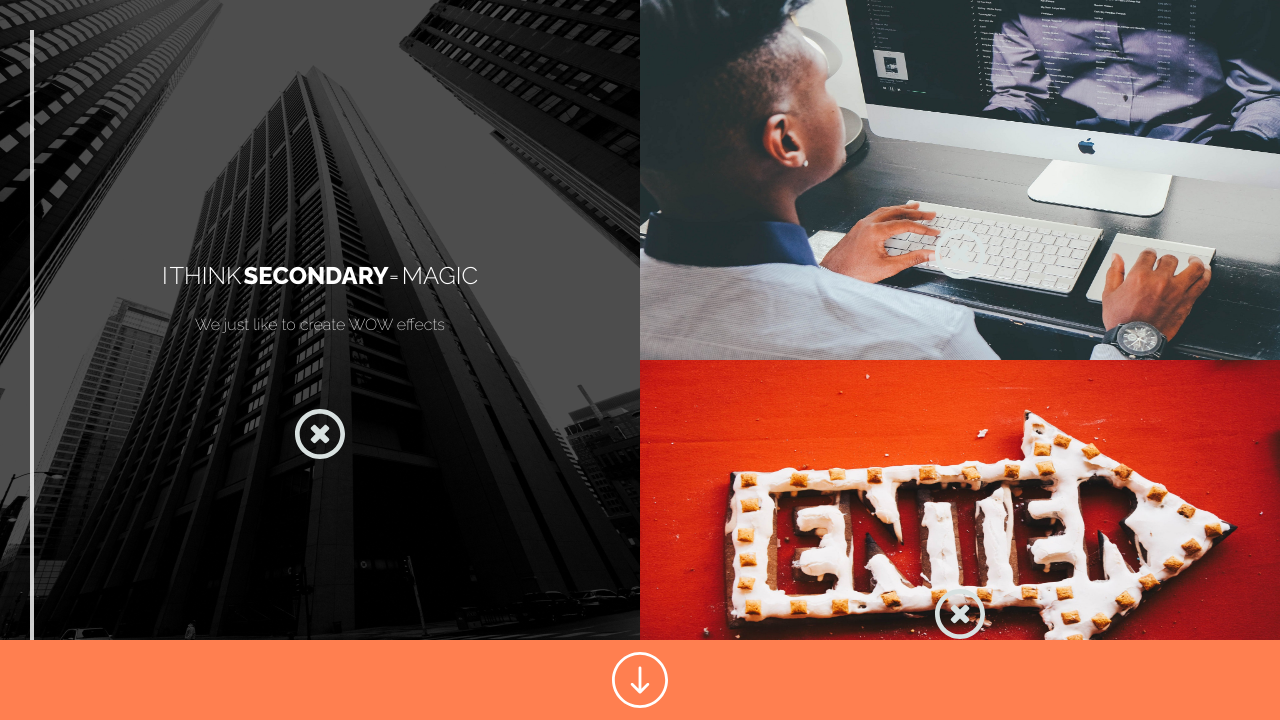
Repository: Rinzlerte/react-reveale-animation
Page: /secondary
These files come from the project's save history. The page is drawn as it stood at one moment and after the next save; the edit follows.
The browser window is 1280 px wide. The pictures show the whole page.
The project was rebuilt for these pictures with package versions that can differ from the ones it lists, and the page was loaded fresh each time. Also part of the build but not shown: src/components/home/Promoslider.jsx, src/components/home/Header.jsx, src/components/main/AboutBox.jsx, src/components/main/Wellcome.jsx, src/components/main/InformationBox.jsx, src/components/third/ImmaginationBox.jsx, src/components/third/ProectsBox.jsx, src/components/third/Third.css and 9 more.

Above is the page before, as saved 2019-10-24 15:00:05.

### public/index.html
<!DOCTYPE html>
<html lang="en">
  <head>
    <meta charset="utf-8" />
    <link rel="icon" href="%PUBLIC_URL%/favicon.ico" />
    <meta name="viewport" content="width=device-width, initial-scale=1" />
    <meta name="theme-color" content="#000000" />
    <meta
      name="description"
      content="Web site created using create-react-app"
    />
    <link rel="apple-touch-icon" href="logo192.png" />
    <link rel="stylesheet" href="https://fonts.googleapis.com/css?family=Roboto:300,400,500,700&display=swap" />
    <link rel="manifest" href="%PUBLIC_URL%/manifest.json" />
    <title>React App</title>
  </head>
  <body>
    <noscript>You need to enable JavaScript to run this app.</noscript>
    <div id="root"></div>
  </body>
</html>

### src/index.js
import React from 'react';
import ReactDOM from 'react-dom';
import { BrowserRouter } from 'react-router-dom';
import Routes from "./routes";

import './Resources/styles.css'

const App = (props) => {
    return (
      <BrowserRouter>
        <Routes {...props}/>
      </BrowserRouter>
    );
  };

ReactDOM.render(<App />, document.getElementById('root'));

### src/routes.js
import React from "react";
import { Switch } from "react-router-dom";

import {Route } from 'react-router-dom';
import Home from './components/home/Home';
import Main from './components/main/Main';
import Secondary from './components/secondary/Secondary';
import Third from './components/third/Third';
import Menu from './components/navigation/Navigation';





import About from './components/featured/About';
import Contacts from './components/featured/Contacts';
import Inform from './components/featured/Inform';

const Routes = (props) => {
  return (
      <Switch>
        <Route {...props} path="/main" exact component={Main}/>
        <Route {...props} path="/menu" exact component={Menu}/>
        <Route {...props} path="/secondary" exact component={Secondary}/>
        <Route {...props} path="/third" exact component={Third}/>
        <Route {...props} path="/about" exact component={About}/>
        <Route {...props} path="/contacts" exact component={Contacts}/>
        <Route {...props} path="/inform" exact component={Inform}/>
        <Route {...props} restricted={false} exact component={Home} path="/" />
      </Switch>
  );
};

export default Routes;

### src/Resources/styles.css
@import url(https://fonts.googleapis.com/css?family=Raleway:400,200,300,800);

body {
  margin: 0;
  font-family: -apple-system, BlinkMacSystemFont, "Segoe UI", "Roboto", "Oxygen",
    "Ubuntu", "Cantarell", "Fira Sans", "Droid Sans", "Helvetica Neue",
    sans-serif;
  -webkit-font-smoothing: antialiased;
  -moz-osx-font-smoothing: grayscale;
  padding: 0;
  box-sizing: border-box;
  font-family: "Roboto", sans-serif;
}

code {
  font-family: source-code-pro, Menlo, Monaco, Consolas, "Courier New",
  monospace;
}

.home, .container{
  width: 100%;
}


/* animation .container */

.container{
  height: 100%;
  overflow: hidden;
}

.side-wrapper{
  width: 50%;
  height: 100%;
}

.item{
  width: 100%;
  height: 50%;
}

.box{
    display: flex;
    justify-content: space-around;
    align-items: center;
    text-align: center;
    background-position: center;
    background-size: cover;
}

/* HEADER */
.header_logo{
  color: white;
  font-size: 28px;
}
/* FOOTER */
.footer{
  bottom: 0;
  position: absolute;
  z-index: 99;
  width: 100%;
  height: 80px;
  display: flex;
  align-items: center;
  justify-content: space-around;
}

.arrow-btn, .back-btn, .cross-btn{
  display: block;
}

.arrow-btn, .cross-btn, .back-btn{
  background-size: cover !important;
}



.link{
  display: block;
}

/* STYLING TEXT HOVER */

.connetcion-box{
  width: 100%;
  height: 100%;
  font-family: 'Raleway', Arial, sans-serif;
  color: #fff;
  position: relative;
  overflow: hidden;
  background: #000000;
  text-align: left;
}

.connetcion-box * {
  -webkit-box-sizing: border-box;
  box-sizing: border-box;
}
.connetcion-box img {
  opacity: 1;
  width: 100%;
  height: 100%;
  -webkit-transition: opacity 0.35s;
  transition: opacity 0.35s;
  background-position: center;
  background-size: cover;
}
.connetcion-box figcaption {
  position: absolute;
  bottom: 0;
  left: 0;
  padding: 30px 3em;
  width: 100%;
  height: 100%;
  display: flex;
  justify-content: center;
  align-items: center;
  flex-direction: column;
}
.connetcion-box figcaption::before {
  position: absolute;
  top: 30px;
  right: 30px;
  bottom: 30px;
  left: 100%;
  border-left: 4px solid rgba(255, 255, 255, 0.8);
  content: '';
  opacity: 0;
  background-color: rgba(255, 255, 255, 0.5);
  -webkit-transition: all 0.5s;
  transition: all 0.5s;
  -webkit-transition-delay: 0.6s;
  transition-delay: 0.6s;

}
.connetcion-box h2,
.connetcion-box p {
  margin: 0 0 5px;
  opacity: 0;
  -webkit-transition: opacity 0.35s, -webkit-transform 0.35s;
  transition: opacity 0.35s,-webkit-transform 0.35s,-moz-transform 0.35s,-o-transform 0.35s,transform 0.35s;
}
.connetcion-box h2 {
  word-spacing: -0.15em;
  font-weight: 300;
  text-transform: uppercase;
  -webkit-transform: translate3d(30%, 0%, 0);
  transform: translate3d(30%, 0%, 0);
  -webkit-transition-delay: 0.3s;
  transition-delay: 0.3s;
}
.connetcion-box h2 span {
  font-weight: 800;
}
.connetcion-box p {
  display: block;
  font-weight: 200;
  -webkit-transform: translate3d(0%, 30%, 0);
  transform: translate3d(0%, 30%, 0);
  -webkit-transition-delay: 0s;
  transition-delay: 0s;
  margin-top: 20px;
  margin-bottom: 75px;
}

.connetcion-box:hover img {
  opacity: 0.3;
}
.connetcion-box:hover figcaption h2 {
  opacity: 1;
  -webkit-transform: translate3d(0%, 0%, 0);
  transform: translate3d(0%, 0%, 0);
  -webkit-transition-delay: 0.4s;
  transition-delay: 0.4s;
}
.connetcion-box:hover figcaption .serg {
  /* display: block; */
  -webkit-transform: translate3d(0%, 0%, 0);
  transform: translate3d(0%, 0%, 0);
  -webkit-transition-delay: 0.4s;
  transition-delay: 0.4s;
}
.connetcion-box:hover figcaption p {
  opacity: 0.9;
  -webkit-transform: translate3d(0%, 0%, 0);
  transform: translate3d(0%, 0%, 0);
  -webkit-transition-delay: 0.6s;
  transition-delay: 0.6s;
}
.connetcion-box:hover figcaption::before {
  background: rgba(255, 255, 255, 0);
  left: 30px;
  opacity: 1;
  -webkit-transition-delay: 0s;
  transition-delay: 0s;
}

@media (max-width: 768px) {

}

### src/components/secondary/Secondary.jsx
import React, { Component } from 'react';
import Slide from 'react-reveal/Slide';
import {ArrowBtn} from '../ui/ArrowBtn';

import ConnectionsBox from './ConnectionsBox';
import InnovateBox from './InnovateBox';
import EnterBox from './EnterBox';
import './Secondary.css';

import Third from '../third/Third';

export default class Secondary extends Component {
    constructor(props) {
        super(props);
        this.state = {
            thirdIsShown : false
        }
        //  this.state = { show: this.props.show };
        // this.handleClick = this.handleClick.bind(this);
        this.toogleThird = this.toogleThird.bind(this);
        this.handleEvent = this.handleEvent.bind(this);
    }

    handleEvent = (event) => {
        // var y = event.deltaY;
        // if (y > 0) {
        //     this.setState({
        //         show: true,
        //         secondaryCounter : this.state.secondaryCounter + 1,
        //     });
        //     console.log("scrolled down in secondary");
        // } else if (y < 0) {
        //     this.setState({ show: false });
        //     console.log('scrolled up in secondary');
        // }
    }

    toogleThird(){
        alert("alert");
		this.setState({
			thirdIsShown : true
		})
    }

    render() {
        return (
            <div className="secondary" style={{ height: `${window.innerHeight}px`}} onWheel={(event) => this.handleEvent(event)}>
                <div className="container" style={{display:`flex`, position:`releative`}}>
                    <Slide top>
                        <div className="connections">
                            <ConnectionsBox />
                        </div>
                    </Slide>
                    <div className="side-wrapper">
                        <Slide right>
                            <div className="item">
                                <InnovateBox />
                            </div>
                        </Slide>
                        <Slide bottom>
                            <div className="item">
                                <EnterBox />
                            </div>
                        </Slide>
                    </div>
                    <div className="footer ff" style={{zIndex:`101`}}  onClick={(e)=>this.toogleThird()}>
                        <ArrowBtn
                            width="56px" height="56px"
                        />
                    </div>
                </div>
                {this.state.thirdIsShown?
                    <Third />
                    :null
                }
            </div>
        );
    }
}

### src/components/ui/ArrowBtn.js
import React from "react";
import { Link } from "react-router-dom";

import IconImage from "../../Resources/images/logos/down-arrow.svg";

export const ArrowBtn = props => {
  const template = (
    <div
      className="arrow-btn"
      style={{
        width: props.width,
        height: props.height,
        background: `url(${IconImage}) no-repeat`
      }}
    />
  );

  if (props.link) {
    return (
      <Link to={props.linkTo} className="link">
        {template}
      </Link>
    );
  } else {
    return template;
  }
};

### src/components/main/Main.css
.main{
	width: 100%;
	overflow: hidden;
	display: flex;
	position: absolute;
	z-index: 5;
}

.wellcome-box{
	width: 100%;
	height: 100%;
	text-align: center;
	background-color: coral;
}

/* test */
.connections{
	width: 50%;
	height: 100%;
}

.wellcome-wrapper{
	display: flex;
	flex-direction: column;
	align-content: center;
}

### src/components/secondary/ConnectionsBox.jsx
import React from 'react';
import { useState } from 'react';
import {CrossBtn} from '../ui/CrossBtn';
import Spin from 'react-reveal/Spin';

// background: `url(${image}) no-repeat`

import image from '../../Resources/images/architecture-black-and-white.jpg';

const ConnectionsBox = ()=> {
    const [state, setState] = useState(true);
        return (
            <div className="connetcion-box" onMouseEnter={() => setState(state => !state)} onMouseLeave={() => setState(state => !state)}>
                <img src={image} alt="Connections"/>
                <figcaption>
                    <h2>I think <span>secondary</span>= magic</h2>
                    <p>We just like to create WOW effects</p>
                    <Spin top when={!state}>
                        <CrossBtn  width="50px" height="50px" link="true" linkTo="/connections"/>
                    </Spin>
                </figcaption>
            </div>
        );
}

export default ConnectionsBox;

### src/components/secondary/InnovateBox.jsx
import React from 'react';
import { useState } from 'react';
import {CrossBtn} from '../ui/CrossBtn';
import Spin from 'react-reveal/Spin';

import image from '../../Resources/images/apple-desk.jpg';

const InnovateBox = ()=> {
    const [state, setState] = useState(true);
        return (
            <div className="connetcion-box" onMouseEnter={() => setState(state => !state)} onMouseLeave={() => setState(state => !state)}>
                <img src={image} alt="Innovations"/>
                <figcaption>
                    <h2>We create <span>Innocations</span>!</h2>
                    <p>Using Innocations to improve</p>
                    <Spin top when={!state}>
                        <CrossBtn  width="50px" height="50px" link="true" linkTo="/innovations"/>
                    </Spin>
                </figcaption>
            </div>
        );
}

export default InnovateBox;

### src/components/secondary/EnterBox.jsx
import React from 'react';
import { useState } from 'react';
import {CrossBtn} from '../ui/CrossBtn';
import Spin from 'react-reveal/Spin';

import image from '../../Resources/images/arrow-enter.jpg';

const InnovateBox = ()=> {
    const [state, setState] = useState(true);
        return (
            <div className="connetcion-box" onMouseEnter={() => setState(state => !state)} onMouseLeave={() => setState(state => !state)}>
                <img src={image} alt="Innovations"/>
                <figcaption>
                    <h2>Enter is <span>Here</span>!</h2>
                    <p>ba a part of family</p>
                    <Spin top when={!state}>
                        <CrossBtn  width="50px" height="50px" link="true" linkTo="/innovations"/>
                    </Spin>
                </figcaption>
            </div>
        );
}

export default InnovateBox;

### src/components/secondary/Secondary.css
.secondary {
    width: 100%;
    display: flex;
    position: absolute;
    overflow: hidden;
    z-index: 100;
}

.connections{
	width: 50%;
	height: 100%;
}

.ff{
  background-color: coral;
}
.ff:hover{
  background-color: red;
}

### src/components/ui/CrossBtn.js
import React from "react";
import { Link } from "react-router-dom";

import image from "../../Resources/images/logos/close.svg";

export const CrossBtn = props => {
  const template = (
    <div
      className="cross-btn"
      style={{
        width: props.width,
        height: props.height,
        background: `url(${image}) no-repeat`
      }}
    />
  );

  if (props.link) {
    return (
      <Link to={props.linkTo} className="link">
        {template}
      </Link>
    );
  } else {
    return template;
  }
};

After the next save:
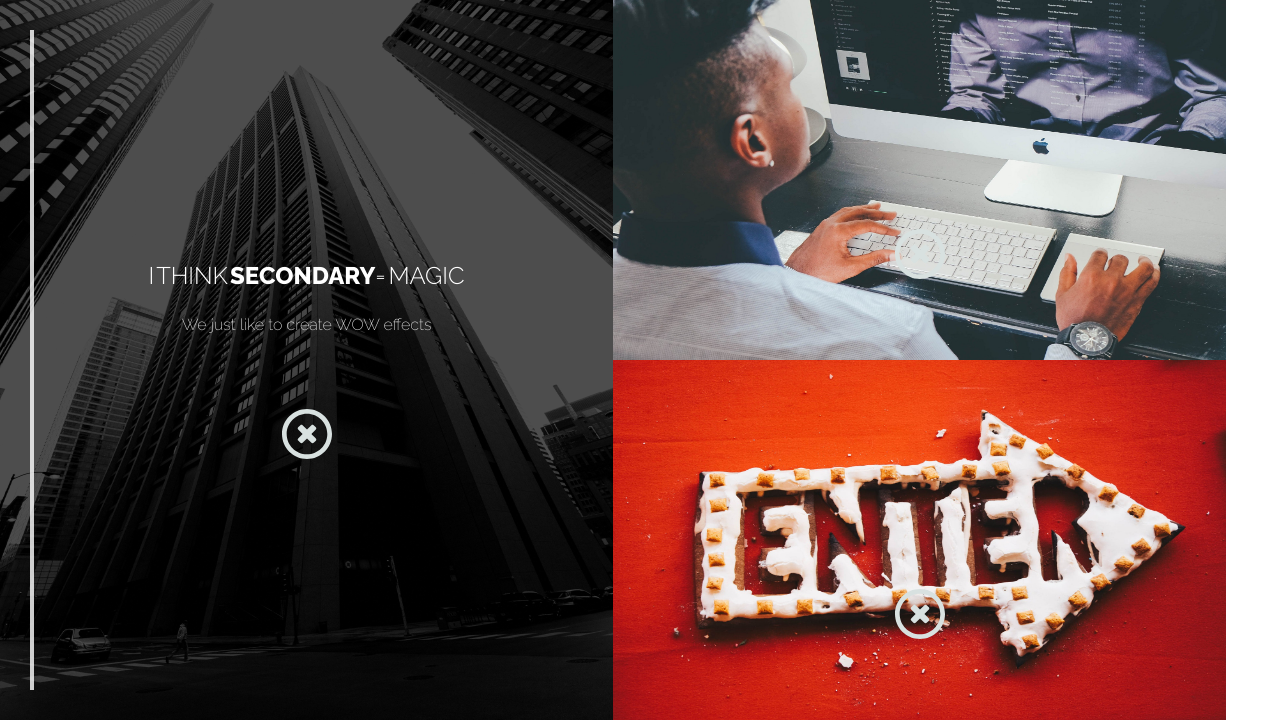
Saved 45 min 58 s later.
--- a/src/components/secondary/Secondary.jsx
+++ b/src/components/secondary/Secondary.jsx
@@ -63,11 +63,9 @@ export default class Secondary extends Component {
                             </div>
                         </Slide>
                     </div>
-                    <div className="footer ff" style={{zIndex:`101`}}  onClick={(e)=>this.toogleThird()}>
                         <ArrowBtn
-                            width="56px" height="56px"
+                            width="56px" height="56px" onClick={(e)=>this.toogleThird()}
                         />
-                    </div>
                 </div>
                 {this.state.thirdIsShown?
                     <Third />
